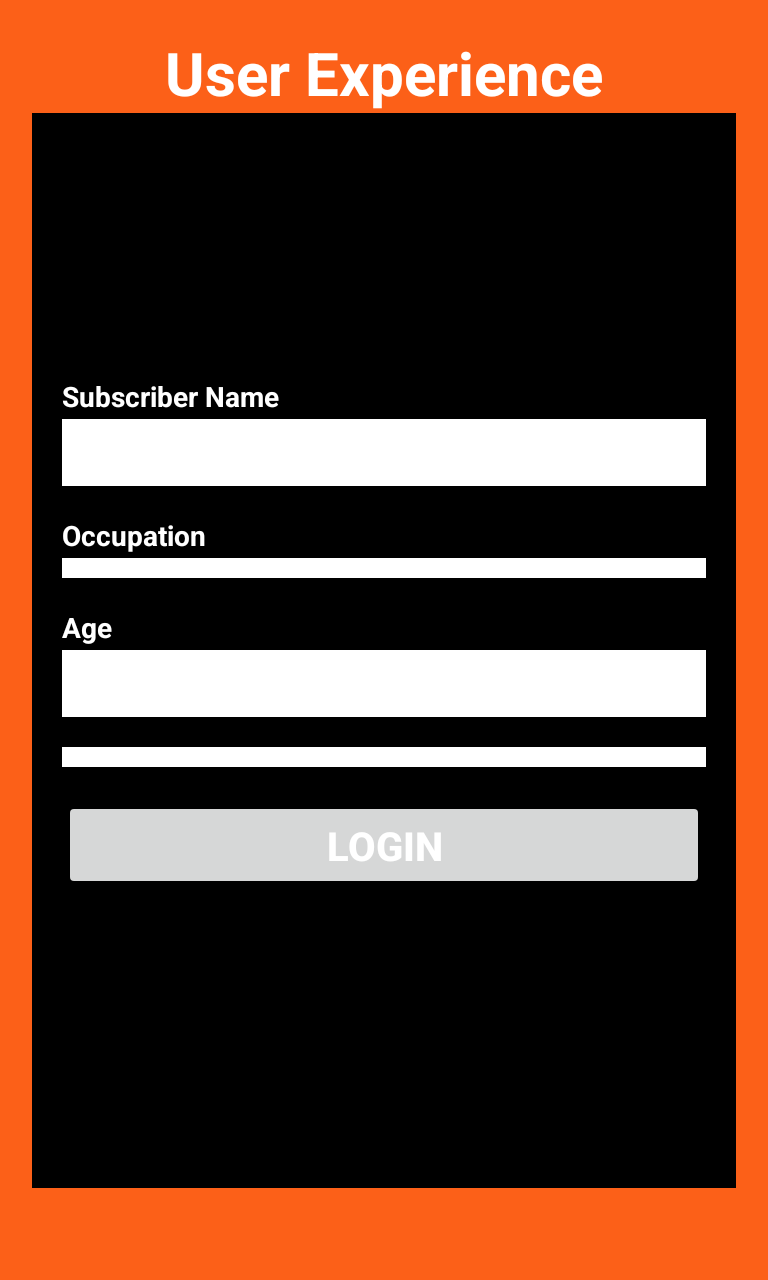
Repository: MushfiqurRahman/BLink3gApp
Layout: 3gExperience/res/layout/fragment_survey.xml
The author's editor kept a copy of each file at every save. The layout is drawn from the files as they stood at one save, then again after the next save.
It is drawn on a 768 x 1280 px phone screen (xhdpi) without system bars, with theme AppTheme; the app's code is not run.

Above is the layout before, as saved 2014-05-20 18:02:36.

After the next save:
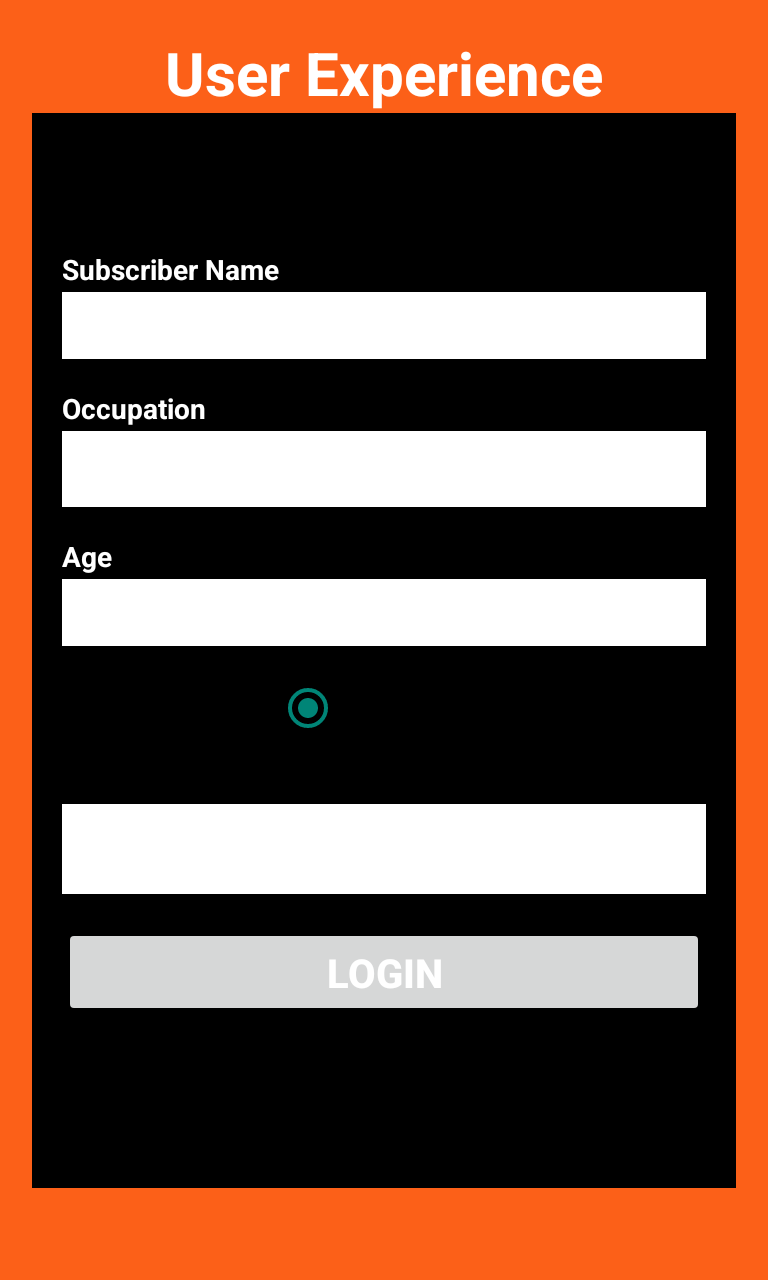
Saved 2 min 30 s later.
--- a/3gExperience/res/layout/fragment_survey.xml
+++ b/3gExperience/res/layout/fragment_survey.xml
@@ -2,14 +2,14 @@
     xmlns:tools="http://schemas.android.com/tools"
     android:layout_width="match_parent"
     android:layout_height="match_parent"
+    android:background="#FC6018"
     android:paddingBottom="@dimen/activity_vertical_margin"
     android:paddingLeft="@dimen/activity_horizontal_margin"
     android:paddingRight="@dimen/activity_horizontal_margin"
     android:paddingTop="@dimen/activity_vertical_margin"
-    android:background="#FC6018"
     tools:context="com.example.gexperience.SurveyActivity$PlaceholderFragment" >
 
-        <RelativeLayout
+    <RelativeLayout
         android:id="@+id/topMain"
         android:layout_width="fill_parent"
         android:layout_height="wrap_content" >
@@ -23,7 +23,6 @@
             android:textColor="#ffffff"
             android:textSize="30sp"
             android:textStyle="bold" />
-
     </RelativeLayout>
 
     <LinearLayout
@@ -68,9 +67,9 @@
             android:layout_width="match_parent"
             android:layout_height="wrap_content"
             android:layout_marginBottom="15dp"
+            android:background="#FFFFFF"
             android:ems="10"
             android:inputType="text"
-            android:background="#FFFFFF"
             android:textSize="25sp" />
 
         <LinearLayout
@@ -91,12 +90,12 @@
         <Spinner
             android:id="@+id/spnOccupation"
             android:layout_width="match_parent"
-            android:layout_height="wrap_content"
+            android:layout_height="38dp"
             android:layout_marginBottom="15dp"
+            android:background="#FFFFFF"
             android:drawSelectorOnTop="true"
             android:padding="5dp"
             android:spinnerMode="dropdown"
-            android:background="#FFFFFF"
             android:textSize="30sp" />
 
         <LinearLayout
@@ -113,24 +112,46 @@
                 android:textColor="#FFFFFF"
                 android:textStyle="bold" />
         </LinearLayout>
+
         <EditText
             android:id="@+id/edtAge"
             android:layout_width="match_parent"
             android:layout_height="wrap_content"
             android:layout_marginBottom="15dp"
+            android:background="#FFFFFF"
             android:ems="10"
             android:inputType="number"
-            android:background="#FFFFFF"
             android:textSize="25sp" />
+
+                <RadioGroup
+            android:id="@+id/rdoGender"
+            android:layout_width="wrap_content"
+            android:layout_height="wrap_content" >
+
+            <RadioButton
+                android:id="@+id/radio0"
+                android:layout_width="wrap_content"
+                android:layout_height="wrap_content"
+                android:checked="true"
+                android:text="RadioButton" />
+
+            <RadioButton
+                android:id="@+id/radio1"
+                android:layout_width="wrap_content"
+                android:layout_height="wrap_content"
+                android:text="RadioButton" />
+        </RadioGroup>
+
+
 
         <Spinner
             android:id="@+id/spnCompany"
             android:layout_width="match_parent"
-            android:layout_height="wrap_content"
+            android:layout_height="45dp"
             android:layout_marginBottom="15dp"
+            android:background="#FFFFFF"
             android:padding="5dp"
             android:spinnerMode="dropdown"
-            android:background="#FFFFFF"
             android:textSize="30sp" />
 
         <Button
@@ -139,8 +160,8 @@
             android:layout_height="wrap_content"
             android:layout_marginBottom="15dp"
             android:text="@string/login"
+            android:textColor="#FFFFFF"
             android:textSize="20sp"
-            android:textColor="#FFFFFF"
             android:textStyle="bold" />
     </LinearLayout>
 
